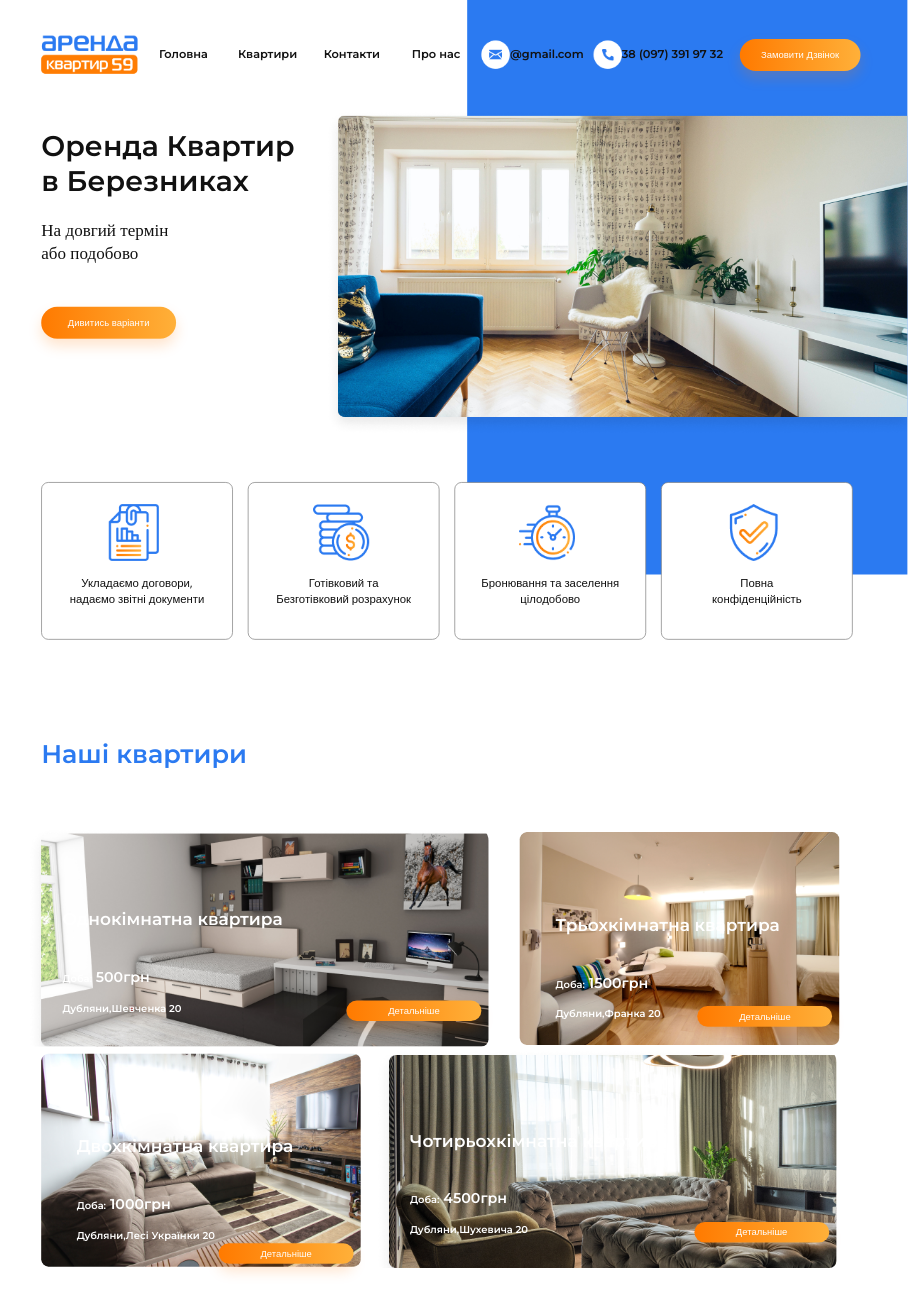
Repository: batonAnton/HW-7-grid
Page: index.html
An editor plug-in stored every save of this project. The page is shown before and after the next save, followed by the edit.
The browser window is 1280 px wide. The pictures show the whole page, at 71% of full size.

Above is the page before, as saved 2022-06-25 21:16:12.

After the next save:
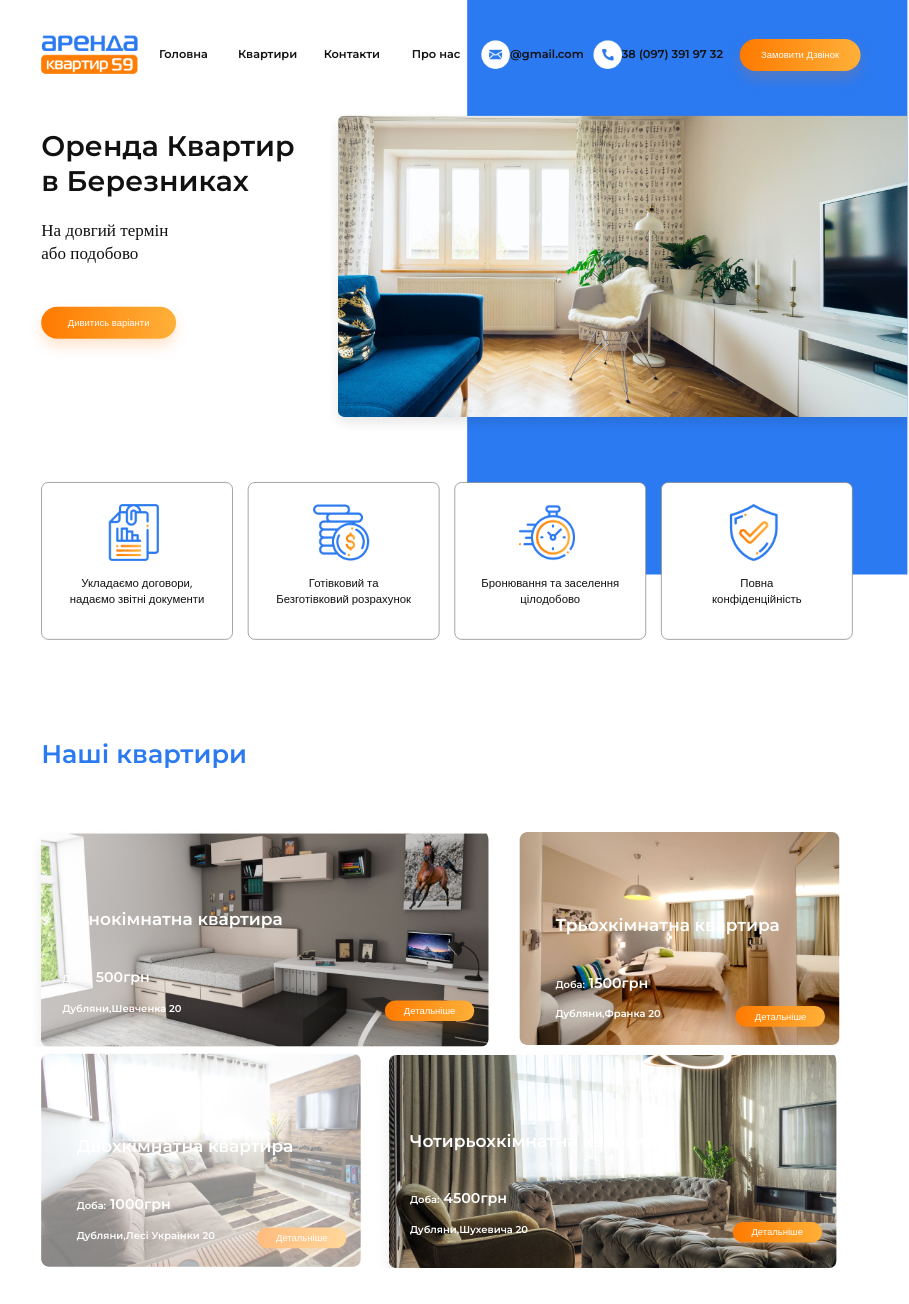
Saved 5 min 41 s later.
--- a/css/styles2.css
+++ b/css/styles2.css
@@ -245,6 +245,7 @@ header {
   background-repeat: no-repeat;
   /* filter: brightness(50%); */
   border-radius: 10px;
+  opacity: 0.5;
 }
 
 .img2-2 {
@@ -337,6 +338,7 @@ header {
 
 .wrapper4 .btn{
     float: right;
-    margin-right: 10px;
+    margin-right: 20px;
     padding: 7px 15px;
-}
+    width: 126px;
+}
